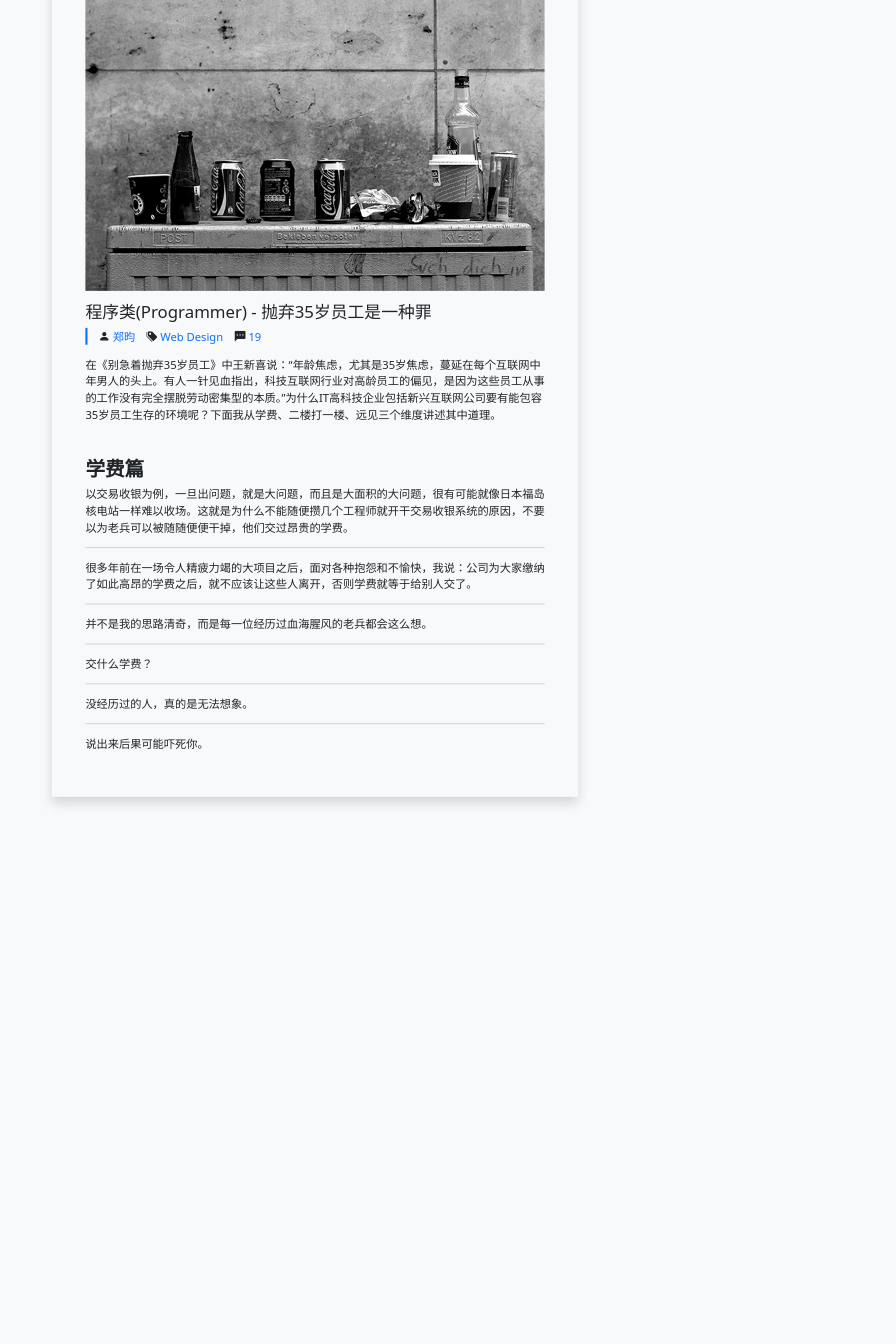
Repository: herjuandlonely/github.io
Page: index-blog.html
An editor plug-in stored every save of this project. The page is shown before and after the next save, followed by the edit.
The browser window is 1280 px wide. The pictures show the part of the page from y = 528 to 2448 px (the page is 3000 px tall), at 70% of full size.
Backgrounds fixed to the window are drawn as part of the page.

Above is the page before, as saved 2022-06-30 19:51:50.

### index-blog.html
<!DOCTYPE html>
<html lang="en">
<head>
    <meta charset="UTF-8">
    <meta http-equiv="X-UA-Compatible" content="IE=edge">
    <meta name="viewport" content="width=device-width, initial-scale=1.0">
    <link rel="stylesheet" href="./bootstrap-4.6.1-dist/css/bootstrap.min.css">
    <link rel="stylesheet" href="./CSS/index-blog.css">
    <link rel="stylesheet" href="./CSS/normalize.css">
    <link rel="stylesheet" href="./icon/font_3484823_t6q6q64gri/iconfont.css">
    <script src="./bootstrap-4.6.1-dist/js/bootstrap.bundle.min.js"></script>
    <title>何亚Herju- Blog -抛弃35岁员工是一种罪</title>
</head>
<body style="height: 3000px;" class=" bg-light">
    <!-- nav start -->
    <div class="container-fluid px-0 shadow navbarControl">
        <nav class="navbar navbar-expand-md navbar-dark navbarBg">
            <div class="container-fluid px-4">
                <a href="index.html" class="navbar-brand ms-4">Herju's Home</a>
                <button class="navbar-toggler" data-bs-toggle="collapse" data-bs-target="#foldBtn">
                    <span class="navbar-toggler-icon"></span>
                </button>
                <div class="collapse navbar-collapse" id="foldBtn">
                    <ul class="navbar-nav ms-auto me-4 navbarCli">
                        <li class="nav-item text-center">
                            <a class="nav-link fw-lighter" href="index.html#bk">博客 Blog</a>
                        </li>
                        <li class="nav-item text-center">
                            <a class="nav-link fw-lighter" href="index.html#jn">技能 Skill</a>
                        </li>
                        <li class="nav-item text-center">
                            <a class="nav-link fw-lighter" href="index.html#ab">关于 About</a>
                        </li>
                        <li class="nav-item text-center">
                            <a class="nav-link fw-lighter" href="index.html#lx">联系我 Call</a>
                        </li>
                    </ul>
                </div>
            </div>
        </nav>
    </div>
    <!-- nav end -->

    <!-- baneer start -->
    <div class="banner position-relative">
        <div class=" position-absolute w-100 h-100 bg-primary" style="opacity: .7;"></div>
        <div class=" position-absolute w-100 h-100 py-5" style="z-index: 3;">
            <h1 class=" text-light text-center display-2 mb-0">博客 Blog</h1>
            <nav class=" text-light mbShit mt-5 mt-md-4" >
                <ol class="breadcrumb d-flex justify-content-center">
                    <li class="breadcrumb-item">
                        <a href="index.html" class="text-light text-decoration-none fw-bold">Home</a>
                    </li>
                    <li class="breadcrumb-item">Blog</li>
                </ol>
            </nav>
            <h1 class="text-center text-light mt-5 mt-md-4">抛弃35岁员工是一种罪</h1>
        </div>
    </div>
    <!-- baneer start -->

    <!-- content start -->
    <div class="container">
        <div class="row py-5">
            <div class="col-lg-8 col-12 px-1">
                <div class="shadow bg-light p-5">
                    <img src="./image/piqsels.com-id-fggmp.png" class="img-fluid">
                    <h4 class=" mt-3">
                        程序类(Programmer) - 抛弃35岁员工是一种罪
                    </h4>
                    <ul class='border-start border-3 border-primary list-unstyled d-flex'>
                        <li class=" ms-3">
                            <a href="#" class=" text-decoration-none d-flex align-items-center">
                                <svg xmlns="http://www.w3.org/2000/svg" width="16" height="16" fill="currentColor" class="bi bi-person-fill text-dark me-1" viewBox="0 0 16 16">
                                    <path d="M3 14s-1 0-1-1 1-4 6-4 6 3 6 4-1 1-1 1H3zm5-6a3 3 0 1 0 0-6 3 3 0 0 0 0 6z"/>
                                  </svg>
                                郑昀
                            </a>
                        </li>
                        <li class=" ms-3">
                            <a href="#" class=" text-decoration-none d-flex align-items-center">
                                <svg xmlns="http://www.w3.org/2000/svg" width="16" height="16" fill="currentColor" class="bi bi-tags-fill text-dark me-1" viewBox="0 0 16 16">
                                    <path d="M2 2a1 1 0 0 1 1-1h4.586a1 1 0 0 1 .707.293l7 7a1 1 0 0 1 0 1.414l-4.586 4.586a1 1 0 0 1-1.414 0l-7-7A1 1 0 0 1 2 6.586V2zm3.5 4a1.5 1.5 0 1 0 0-3 1.5 1.5 0 0 0 0 3z"/>
                                    <path d="M1.293 7.793A1 1 0 0 1 1 7.086V2a1 1 0 0 0-1 1v4.586a1 1 0 0 0 .293.707l7 7a1 1 0 0 0 1.414 0l.043-.043-7.457-7.457z"/>
                                  </svg>
                                Web Design
                            </a>
                        </li>
                        <li class=" ms-3">
                            <a href="#" class=" text-decoration-none d-flex align-items-center">
                                <svg xmlns="http://www.w3.org/2000/svg" width="16" height="16" fill="currentColor" class="bi bi-chat-left-dots-fill text-dark me-1" viewBox="0 0 16 16">
                                    <path d="M0 2a2 2 0 0 1 2-2h12a2 2 0 0 1 2 2v8a2 2 0 0 1-2 2H4.414a1 1 0 0 0-.707.293L.854 15.146A.5.5 0 0 1 0 14.793V2zm5 4a1 1 0 1 0-2 0 1 1 0 0 0 2 0zm4 0a1 1 0 1 0-2 0 1 1 0 0 0 2 0zm3 1a1 1 0 1 0 0-2 1 1 0 0 0 0 2z"/>
                                  </svg>
                                19
                            </a>
                        </li>
                    </ul>
                    <p class="mb-2">在《别急着抛弃35岁员工》中王新喜说：“年龄焦虑，尤其是35岁焦虑，蔓延在每个互联网中年男人的头上。有人一针见血指出，科技互联网行业对高龄员工的偏见，是因为这些员工从事的工作没有完全摆脱劳动密集型的本质。”为什么IT高科技企业包括新兴互联网公司要有能包容35岁员工生存的环境呢？下面我从学费、二楼打一楼、远见三个维度讲述其中道理。</p>
                    <h3 class=" fw-bold mt-5">学费篇</h3>
                    <p>以交易收银为例，一旦出问题，就是大问题，而且是大面积的大问题，很有可能就像日本福岛核电站一样难以收场。这就是为什么不能随便攒几个工程师就开干交易收银系统的原因，不要以为老兵可以被随随便便干掉，他们交过昂贵的学费。<hr>
                        很多年前在一场令人精疲力竭的大项目之后，面对各种抱怨和不愉快，我说：公司为大家缴纳了如此高昂的学费之后，就不应该让这些人离开，否则学费就等于给别人交了。<hr>
                        并不是我的思路清奇，而是每一位经历过血海腥风的老兵都会这么想。<hr>
                        交什么学费？<hr>
                        没经历过的人，真的是无法想象。<hr>
                        说出来后果可能吓死你。</p>
                </div>
            </div>
            <div class="col-lg-4"></div>
        </div>
    </div>
    <!-- content end -->

    <script src="./JS/index-blog.js"></script>
</body>
</html>

### CSS/index-blog.css
.navbarControl{
    transition: .3s;
    position: fixed;
    top: 0;
    left: 0;
    z-index: 999;
}
.navbarControl.showAndHide{
    top: -56px;
}
.navbarControl a{
    cursor: pointer;
}
.navbarBg{
    background-color: #161d27;
}
.banner{
    background: url(../image/overlay-bg.jpg) no-repeat center -180px;
    height: 356px;
    background-attachment: fixed;
    background-size: cover;
}
.mbShit{
    --bs-breadcrumb-divider: '>';
}
.mbShit ol .breadcrumb-item::before{
    color: #f8f9fa !important;
}

### icon/font_3484823_t6q6q64gri/iconfont.css
@font-face {
  font-family: "iconfont"; /* Project id 3484823 */
  src: url('iconfont.woff2?t=1656149880118') format('woff2'),
       url('iconfont.woff?t=1656149880118') format('woff'),
       url('iconfont.ttf?t=1656149880118') format('truetype');
}

.iconfont {
  font-family: "iconfont" !important;
  font-size: 16px;
  font-style: normal;
  -webkit-font-smoothing: antialiased;
  -moz-osx-font-smoothing: grayscale;
}

.icon-QQ:before {
  content: "\e882";
}

.icon-weixin:before {
  content: "\e8bb";
}

### JS/index-blog.js
(function(){
    const myBlog = {
        $: (ele) => {
            return document.querySelectorAll(ele);
        },
        "isHide": function () {
            let oldScrollTop = 0;
            let isHide = this.$('.navbarControl')[0];
            const navbarCli = this.$('.navbarCli')[0].children;

            function scrollHide () {
                let scrollTop = window.pageYOffset || this.document.documentElement.scrollTop || this.document.body.scrollTop;
                let scrollSet = scrollTop - oldScrollTop;
                oldScrollTop = scrollTop;
                if (scrollSet < 0) {
                    isHide.classList.remove('showAndHide');
                } else {
                    isHide.classList.add('showAndHide');
                    foldBtn.classList.remove('show');
                }
            }

            window.addEventListener("scroll", scrollHide);

            for (let i = 0; i < navbarCli.length; i++) {
                navbarCli[i].onclick = function () {
                    window.removeEventListener("scroll", scrollHide);
                    isHide.classList.add('showAndHide');
                    foldBtn.classList.remove('show');
                    setTimeout(() => {
                        window.addEventListener("scroll", scrollHide);
                    }, 800)
                };
                navbarCli[i].ontouchend = function () {
                    window.removeEventListener("scroll", scrollHide);
                    isHide.classList.add('showAndHide');
                    foldBtn.classList.remove('show');
                    setTimeout(() => {
                        window.addEventListener("scroll", scrollHide);
                    }, 800)
                };
            };

        }
    }

    myBlog.isHide();
})()

Loaded but not shown: bootstrap-4.6.1-dist/css/bootstrap.min.css (library); CSS/normalize.css (library); bootstrap-4.6.1-dist/js/bootstrap.bundle.min.js (library)

After the next save:
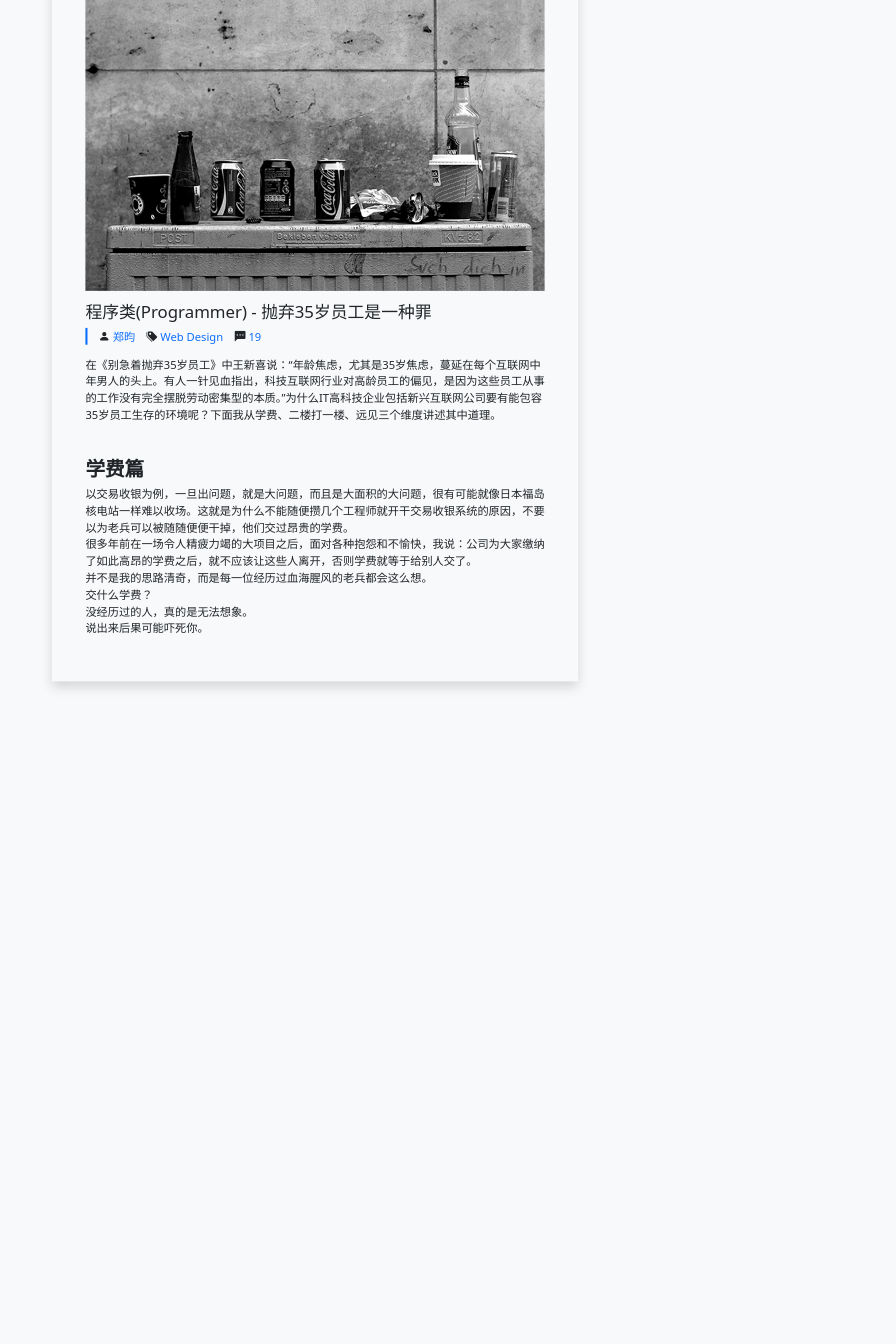
Saved 75 s later.
--- a/index-blog.html
+++ b/index-blog.html
@@ -97,11 +97,11 @@
                     </ul>
                     <p class="mb-2">在《别急着抛弃35岁员工》中王新喜说：“年龄焦虑，尤其是35岁焦虑，蔓延在每个互联网中年男人的头上。有人一针见血指出，科技互联网行业对高龄员工的偏见，是因为这些员工从事的工作没有完全摆脱劳动密集型的本质。”为什么IT高科技企业包括新兴互联网公司要有能包容35岁员工生存的环境呢？下面我从学费、二楼打一楼、远见三个维度讲述其中道理。</p>
                     <h3 class=" fw-bold mt-5">学费篇</h3>
-                    <p>以交易收银为例，一旦出问题，就是大问题，而且是大面积的大问题，很有可能就像日本福岛核电站一样难以收场。这就是为什么不能随便攒几个工程师就开干交易收银系统的原因，不要以为老兵可以被随随便便干掉，他们交过昂贵的学费。<hr>
-                        很多年前在一场令人精疲力竭的大项目之后，面对各种抱怨和不愉快，我说：公司为大家缴纳了如此高昂的学费之后，就不应该让这些人离开，否则学费就等于给别人交了。<hr>
-                        并不是我的思路清奇，而是每一位经历过血海腥风的老兵都会这么想。<hr>
-                        交什么学费？<hr>
-                        没经历过的人，真的是无法想象。<hr>
+                    <p>以交易收银为例，一旦出问题，就是大问题，而且是大面积的大问题，很有可能就像日本福岛核电站一样难以收场。这就是为什么不能随便攒几个工程师就开干交易收银系统的原因，不要以为老兵可以被随随便便干掉，他们交过昂贵的学费。<br>
+                        很多年前在一场令人精疲力竭的大项目之后，面对各种抱怨和不愉快，我说：公司为大家缴纳了如此高昂的学费之后，就不应该让这些人离开，否则学费就等于给别人交了。<br>
+                        并不是我的思路清奇，而是每一位经历过血海腥风的老兵都会这么想。<br>
+                        交什么学费？<br>
+                        没经历过的人，真的是无法想象。<br>
                         说出来后果可能吓死你。</p>
                 </div>
             </div>
